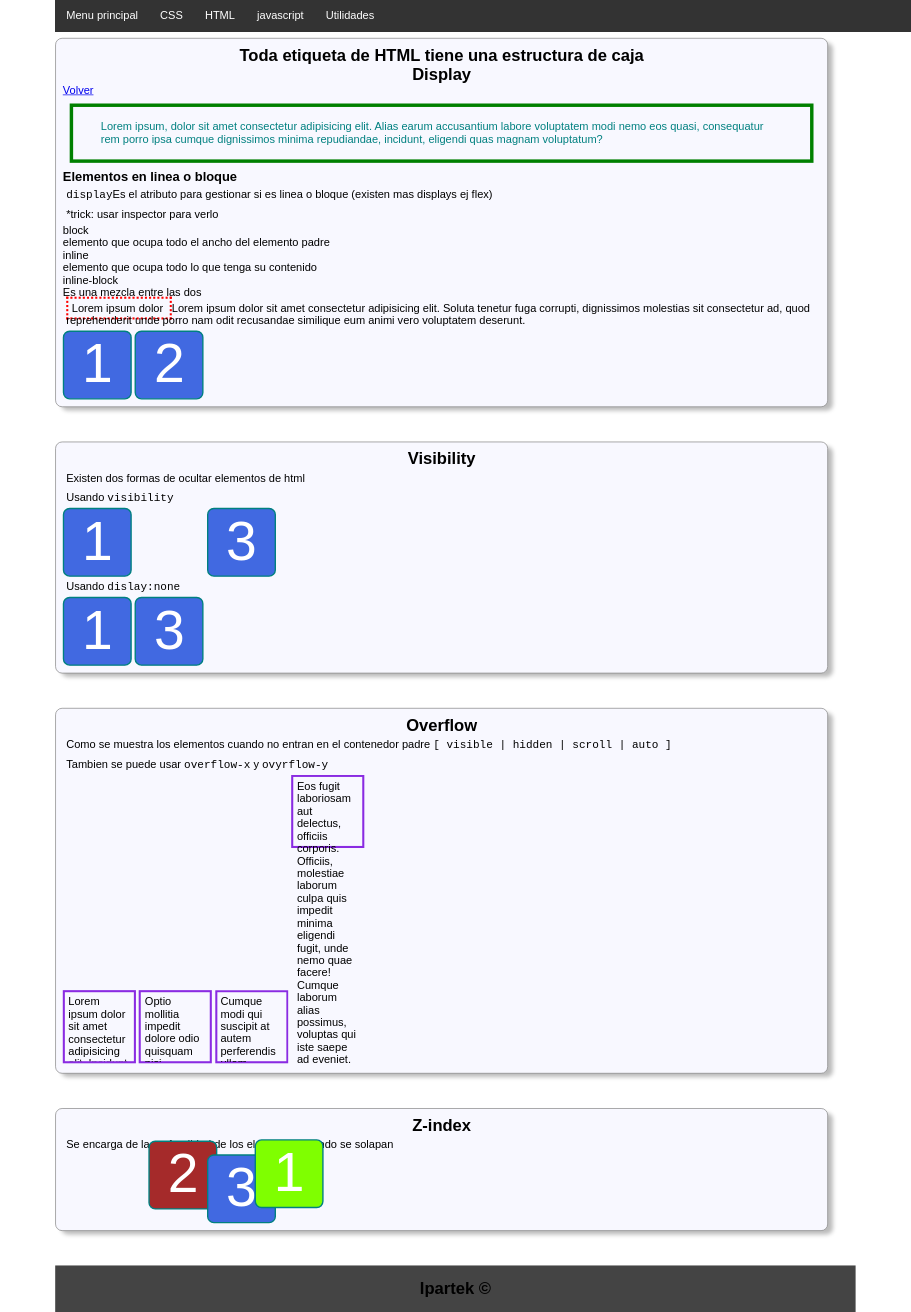
Repository: jcsanceledonio/java_2019_0396_2
Page: http://localhost/javaWebApp/ejemplos/html/box-model.jsp
The author's editor kept a copy of each file at every save. The page is drawn from the files as they stood at one save, then again after the next save.
The browser window is 1280 px wide. The page is 1280 px wide, then 1320 px, so the pictures cover 1320 px, including what lies to the right of the window. The pictures show the whole page, at 69% of full size.
Some web libraries are served in a nearby version. The page is served by Tomcat 9. Other server files are loaded and not shown.

Above is the page before, as saved 2019-11-20 09:59:27.

### javaWebApp/src/main/webapp/ejemplos/html/box-model.jsp
<%String titulo = "HelloWeb | box-model";%>

<%@include file="/includes/header.jsp" %>
<%@include file="/includes/navigation.jsp"%>
    <style>
        body {
           padding: 0px 80px 0px 80px;
        }

        span {
            border: 3px dotted red;
            padding: 5px;
        }

        p {

            padding: 5px;
        }

        p.prueba {
            color: teal;
            border: 5px solid green;
            margin: 10px;
            /* padding: 20px;  */
            padding: 20px 40px;
        }

        .box {
            display: inline-block;
            /* para que el bloque ocupe el borde que especifiquemos
            sin que se le sume los 2px de los bordes */
            box-sizing: border-box;
            width: 100px;
            height: 100px;

            border: 2px solid teal;
            background-color: royalblue;
            border-radius: 10px;

            color: #fff;
            font-size: 5em;
            text-align: center;
        }

        .box-texto {
            display: inline-block;
            width: 100px;
            height: 100px;
            border: 3px solid blueviolet;
        }

        section {
            border: 1px solid rgb(131, 131, 131);
            background-color: ghostwhite;
            padding: 10px;
            margin-bottom: 50px;
            border-radius: 10px;

            -webkit-box-shadow: 8px 6px 6px -1px rgba(0, 0, 0, 0.27);
            -moz-box-shadow: 8px 6px 6px -1px rgba(0, 0, 0, 0.27);
            box-shadow: 8px 6px 6px -1px rgba(0, 0, 0, 0.27);
        }
    </style>

    <h1>Visualización</h1>

    <section>
        <h2>Toda etiqueta de HTML tiene una estructura de caja</h2>
        <h2>Display</h2>
        <a href="index.jsp">Volver</a>

        <p class="prueba">Lorem ipsum, dolor sit amet consectetur adipisicing elit. Alias earum accusantium labore
            voluptatem modi nemo eos
            quasi, consequatur rem porro ipsa cumque dignissimos minima repudiandae, incidunt, eligendi quas magnam
            voluptatum?</p>

        <h3>Elementos en linea o bloque</h3>
        <p><code>display</code>Es el atributo para gestionar si es linea o bloque (existen mas displays ej flex)</p>
        <p>*trick: usar inspector para verlo</p>
        <dl>
            <dt>block</dt>
            <dd>elemento que ocupa todo el ancho del elemento padre</dd>

            <dt>inline</dt>
            <dd>elemento que ocupa todo lo que tenga su contenido</dd>

            <dt>inline-block</dt>
            <dd>Es una mezcla entre las dos</dd>

        </dl>

        <p> <span> Lorem ipsum dolor </span> Lorem ipsum dolor sit amet consectetur adipisicing elit. Soluta tenetur
            fuga
            corrupti, dignissimos molestias sit
            consectetur ad, quod reprehenderit unde porro nam odit recusandae similique eum animi vero voluptatem
            deserunt.
        </p>

        <div class="box">1</div>
        <div class="box">2</div>
    </section>

    <section>
        <h2>Visibility</h2>
        <p>Existen dos formas de ocultar elementos de html</p>
        <!-- Se oculta pero respeta el espacio -->
        <p>Usando <code>visibility</code></p>
        <div class="box">1</div>
        <div class="box" style="visibility:hidden">2</div>
        <div class="box">3</div>

        <!-- Se oculta y no ocupa espacio -->
        <p>Usando <code>dislay:none</code></p>
        <div class="box">1</div>
        <div class="box" style="display:none">2</div>
        <div class="box">3</div>
    </section>

    <section>
        <h2>Overflow</h2>
        <p> Como se muestra los elementos cuando no entran en el contenedor padre
            <code>[ visible | hidden | scroll | auto ]</code> </p>
        <p>Tambien se puede usar <code>overflow-x</code> y <code>ovyrflow-y</code></p>
        <div class="box-texto" style="overflow: hidden;">
            <p>Lorem ipsum dolor sit amet consectetur adipisicing elit. Incidunt laudantium ipsam facere explicabo in
                adipisci sed autem aliquid aspernatur magni neque, dolorem maiores! Quos praesentium dolorem inventore
                tenetur dolorum nam!</p>
        </div>
        <div class="box-texto" style="overflow: scroll;">
            <p>Optio mollitia impedit dolore odio quisquam nisi perferendis autem provident aspernatur sit, voluptates
                inventore et quia repellendus assumenda nesciunt officia voluptatem, harum est saepe pariatur
                consequatur! Ea eum quos veniam.</p>
        </div>
        <div class="box-texto" style="overflow: auto;">
            <p>Cumque modi qui suscipit at autem perferendis ullam tempore cum, culpa asperiores. Pariatur numquam
                provident velit facere quo vitae! Accusamus pariatur quaerat officia molestias ad fugit natus et
                dignissimos tempore!</p>
        </div>
        <div class="box-texto" style="overflow: visible;">
            <p>Eos fugit laboriosam aut delectus, officiis corporis. Officiis, molestiae laborum culpa quis impedit
                minima eligendi fugit, unde nemo quae facere! Cumque laborum alias possimus, voluptas qui iste saepe ad
                eveniet.</p>
        </div>

    </section>

    <section>
        <h2>Z-index</h2>
        <p>Se encarga de la profundidad de los elementos cuando se solapan</p>

        <div class="box"
            style="background-color: chartreuse; position: relative; left: 278px; bottom: 22px; z-index: 2;">1</div>
        <div class="box" style="z-index: 0;position: relative; top:-20px; left:20px; background-color: brown;">2</div>
        <div class="box" style="z-index: 1;position: relative;">3</div>

    </section>

  <%@include file="/includes/footer.jsp" %>

### javaWebApp/src/main/webapp/includes/header.jsp
<!DOCTYPE html> <!-- html5 -->
<html lang="es">

<head>
    <meta charset="UTF-8">
    <meta name="viewport" content="width=device-width, initial-scale=1.0">
    <meta http-equiv="X-UA-Compatible" content="ie=edge">
    <title><%=titulo%></title>
    <link href="https://fonts.googleapis.com/icon?family=Material+Icons" rel="stylesheet">
    <link rel="stylesheet" href="https://cdnjs.cloudflare.com/ajax/libs/font-awesome/5.11.2/css/all.css">

    <!-- <base href="/PruebaTecnica/"> -->
    <base href="/helloweb/">
    <!-- estilos -->
    <link rel="stylesheet" href="css/styles.css">

</head>

<body>

### javaWebApp/src/main/webapp/includes/navigation.jsp
 <header>
        <nav>
            <ul>
                <li><a href="#home">Menu principal</a></li>
                <li class="dropdown">
                    <a href="#" class="dropbtn">CSS</a>
                    <div class="dropdown-content">
                        <a href="ejemplos/css/animaciones.jsp">Animaciones</a>
                        <a href="ejemplos/css/basico.jsp">Basico</a>
                        <a href="ejemplos/css/especificidad.jsp">Especificidad</a>
                        <a href="ejemplos/css/avanzado.jsp">Avanzado</a>

                    </div>
                </li>
                <li class="dropdown">
                    <a href="#" class="dropbtn">HTML</a>
                    <div class="dropdown-content">
                        <a href="ejemplos/html/box-model.jsp">Visualizacion</a>
                        <a href="ejemplos/html/posicionamiento.jsp">Posicionamiento</a>
                        <a href="ejemplos/html/formulario.jsp">Formularios</a>
                        <a href="login.jsp">Login</a>
                    </div>
                </li>
                <li class="dropdown">
                    <a href="#" class="dropbtn">javascript</a>
                    <div class="dropdown-content">
                        <a href="ejemplos/js/game.jsp">Arkanoid</a>
                    </div>
                </li>
                <li class="dropdown">
                    <a href="#" class="dropbtn">Utilidades</a>
                    <div class="dropdown-content">
                        <a href="https://caniuse.com/">caniuse</a>
                    </div>
                </li>
            </ul>
        </nav>
    </header>

### javaWebApp/src/main/webapp/includes/footer.jsp
 <footer>
        <h2>Ipartek &copy</h2>
    </footer>

    <!-- javascript -->
    <script src="js/main.js"></script>
</body>

</html>

### javaWebApp/src/main/webapp/css/styles.css
/*
Hoja de estilos
esto es un comentario de bloque
@author: Juan Carlos
@version: 1.0
@tags: css, basic, etc...
@licencia mit
 */

* {
    margin: 0;
    padding: 0;
}

/*
orden CSS
1. Reset
2. @Keyframes
3. TODAS etiquetas estilos generales
4. Layouts
5. clases para reutilizar
6. cosas mas especificas como los ids
 */

body {
    font-size: 16px;
    font-family: Arial, Helvetica, sans-serif;
}

h1 {
    color: #0099CC;
    font-size: 3em;
    text-align: center;
}

h2 {
    text-align: center;
}

.tabla {
    background-color: white;
    text-align: center;
}

table {
    width: 50%;
    margin: auto;
}

table caption {
    font-size: 2em;
}

td {
    width: 50%;
    height: 30px;
    border: 1px solid #000;
    border-radius: 5px;
}

main {
    margin-bottom: 180px;
}

td:hover {
    background-color: rgb(24, 123, 236);
}

.fa-eye{
	color:red;

}

/* -------------------------------------- */

/* Formulario */

input[type="text"]:valid {
    color: green;
}

input[type="text"]:invalid {
    color: red;
}

/* /Fin formulario */

/* ----------------------------------------- */

.parallax {
    background-image: url(/helloweb/images/office.jpg);
    /* Create the parallax scrolling effect */
    height: 500px;
    background-attachment: fixed;
    background-position: center;
    background-repeat: no-repeat;
    background-size: cover;
}

.parallax h1 {
    padding-top: 3em;
}

.parallax h2 {
    padding-top: 0.5em;
}

nav {
    width: 100%;
    position: fixed;
}

nav ul {
    list-style-type: none;
    margin: 0;
    padding: 0;
    overflow: hidden;
    background-color: #333;
}

nav li {
    float: left;
}

nav li a, .dropbtn {
    display: inline-block;
    color: white;
    text-align: center;
    padding: 14px 16px;
    text-decoration: none;
}

nav li a:hover, .dropdown:hover .dropbtn {
    background-color: rgb(0, 60, 255);
}

nav li.dropdown {
    display: inline-block;
}

.dropdown-content {
    display: none;
    position: absolute;
    background-color: #f9f9f9;
    min-width: 160px;
    box-shadow: 0px 8px 16px 0px rgba(0, 0, 0, 0.2);
    z-index: 1;
}

.dropdown-content a {
    color: black;
    padding: 12px 16px;
    text-decoration: none;
    display: block;
    text-align: left;
}

.dropdown-content a:hover {
    background-color: #f1f1f1;
}

.dropdown:hover .dropdown-content {
    display: block;
}

footer {
    /*  position: fixed; */
    padding: 20px;
    bottom: 0;
    background-color: rgb(68, 68, 68);
    width: 100%;
}

#btnUp {
    width: 40px;
    height: 40px;
    display: flex;
    align-items: center;
    justify-content: center;
    background: rgb(5, 125, 165);
    border-radius: 50%;
    text-decoration: none;
    color: white;
    box-shadow: 2px 2px 5px rgba(0, 0, 0, 0.25);
    position: fixed;
    right: 20px;
    bottom: 20px;
    transition: background 0.25s;
}

#btnUp:active {
    background: rgb(4, 80, 105);
}

### javaWebApp/src/main/webapp/js/main.js
//Comentario de linea
/*
    Comentario de bloque
*/
/**
 *  Comentario de bloque para documentar
 */

console.trace('Esto es una traza de log');
console.info('Para informar de cosas');
var a = 2;
console.debug('La variable a=' + a);
//console.warn('alerta');
//console.error('Error en la conexion de al servidor');

function buscarVoluntario() {

    var personas = ["Juan", "Pepe", "Luis"];
    //console.trace('click buscaVoluntario');

    document.getElementById("nombre").innerHTML = personas[Math.floor(Math.random() * personas.length)];

    //document.getElementById('nombre').innerHTML = "Ander";
}

After the next save:
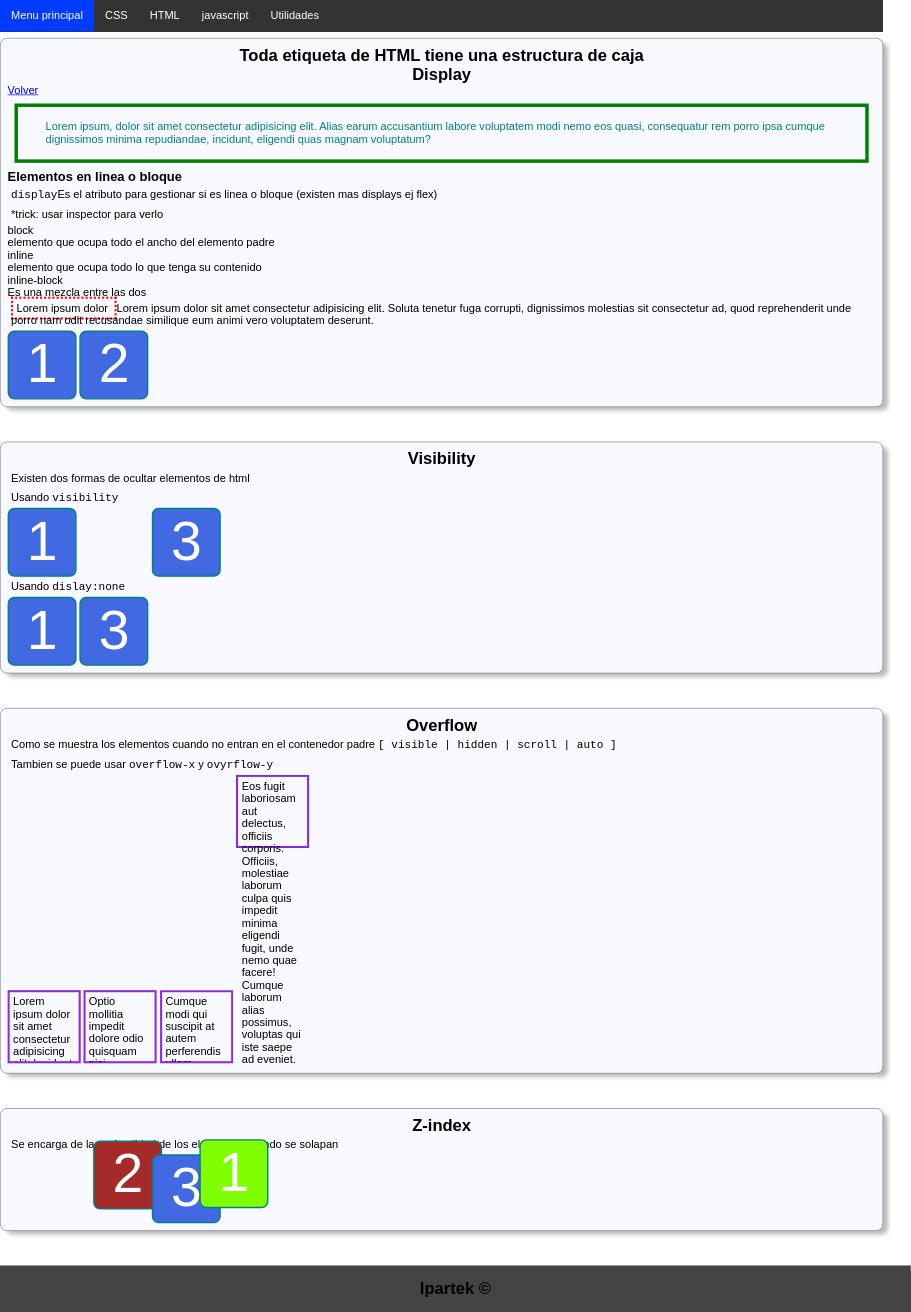
Saved 37 s later.
--- a/javaWebApp/src/main/webapp/ejemplos/html/box-model.jsp
+++ b/javaWebApp/src/main/webapp/ejemplos/html/box-model.jsp
@@ -4,7 +4,7 @@
 <%@include file="/includes/navigation.jsp"%>
     <style>
         body {
-           padding: 0px 80px 0px 80px;
+
         }
 
         span {
@@ -50,6 +50,7 @@
         }
 
         section {
+        	padding: 0px 80px 0px 80px;
             border: 1px solid rgb(131, 131, 131);
             background-color: ghostwhite;
             padding: 10px;
